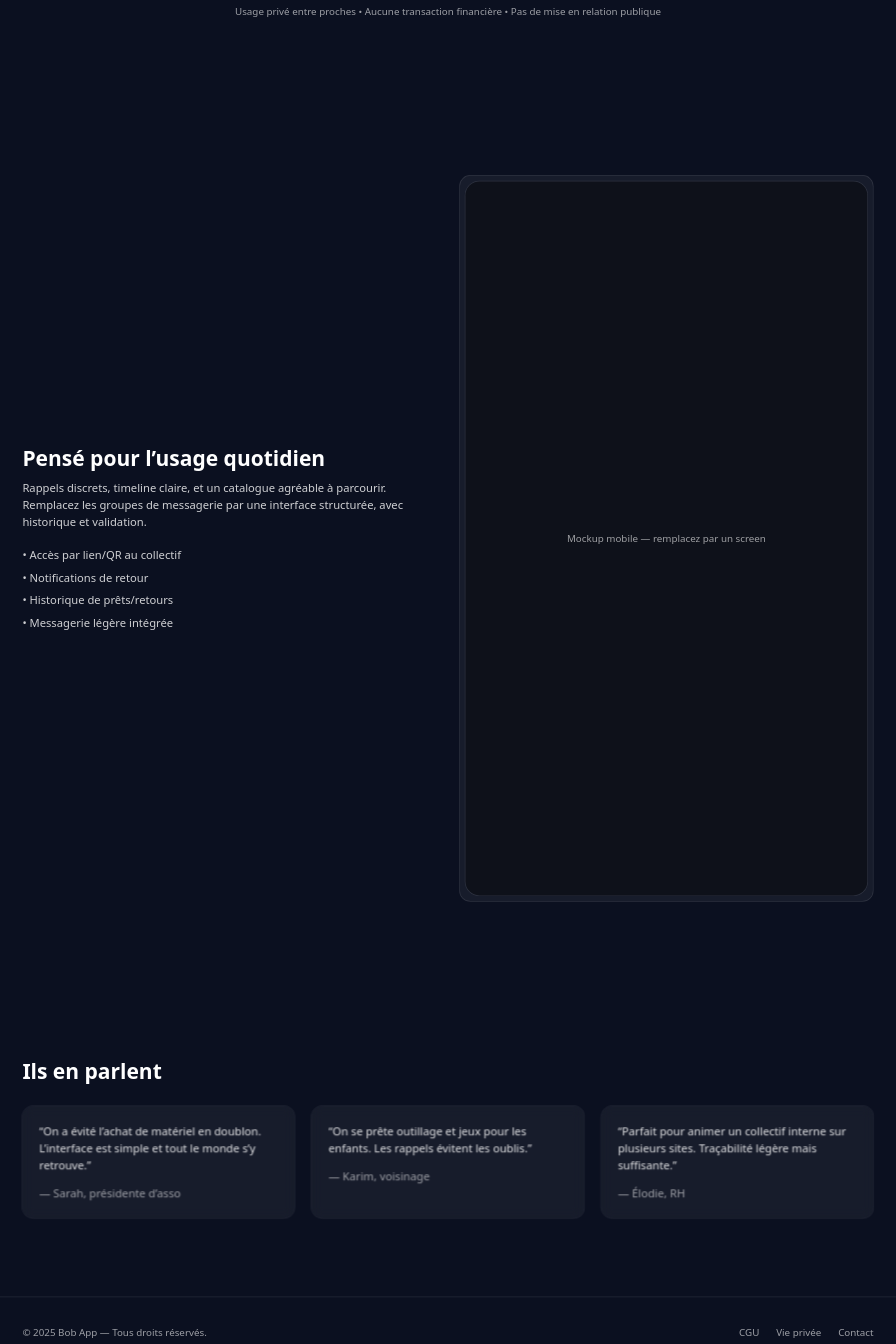
Repository: JeanCharlesMEILLAND/new-bob
Page: /
The author's editor kept a copy of each file at every save. The page is drawn from the files as they stood at one save, then again after the next save.
The browser window is 1280 px wide. The pictures show the part of the page from y = 2543 to 4463 px (the page is 4496 px tall before and 3234 px after), at 70% of full size.
The page's requests for data from a server got no answer. The project was rebuilt for these pictures with package versions that can differ from the ones it lists, and the page was loaded fresh each time. The framework's server and built-in components were replaced by stand-ins that run in the browser. No one was signed in, and anything a server would have sent is missing. Also part of the build but not shown: next.config.ts.

Above is the page before, as saved 2025-08-12 10:54:44.

### src/app/layout.tsx
import type { Metadata } from 'next'
import './globals.css'
import { inter, jakarta } from './fonts'
import Navbar from '@/components/Navbar'
import Footer from '@/components/Footer'
import Analytics from '@/components/Analytics'

const name = process.env.NEXT_PUBLIC_SITE_NAME || 'Bob App'
const baseUrl = process.env.NEXT_PUBLIC_SITE_URL || 'https://www.bobapp.fr'

export const metadata: Metadata = {
  metadataBase: new URL(baseUrl),
  title: `${name} — Partagez & empruntez simplement`,
  description:
    'Bob App permet à vos communautés de partager et emprunter des objets en toute simplicité, avec rappels et historique. Faites circuler les objets, pas l’argent.',
  alternates: { canonical: '/' },
  openGraph: {
    title: `${name} — Partagez & empruntez simplement`,
    description:
      'Faites circuler les objets, pas l’argent. Bob App facilite le prêt et l’emprunt au sein de vos collectifs.',
    url: baseUrl,
    siteName: name,
    images: ['/api/og'],
    type: 'website',
  },
  twitter: {
    card: 'summary_large_image',
    title: `${name} — Partagez & empruntez simplement`,
    description: 'Faites circuler les objets, pas l’argent.',
    images: ['/api/og'],
  },
  robots: { index: true, follow: true },
}

export default function RootLayout({ children }: { children: React.ReactNode }) {
  return (
    <html lang="fr" className={`${inter.variable} ${jakarta.variable}`}>
      <body className="min-h-screen bg-[--bg] text-[--fg] antialiased">
        <Navbar />
        <main>{children}</main>
        <Footer />
        <Analytics />
      </body>
    </html>
  )
}

### src/app/page.tsx
import Hero from '@/components/sections/Hero'
import Features from '@/components/sections/Features'
import HowItWorks from '@/components/sections/HowItWorks'
import Showcase from '@/components/sections/Showcase'
import Testimonials from '@/components/sections/Testimonials'
import Events from '@/components/sections/Events'

export default function Page() {
  return (
    <>
      <Hero />
      <HowItWorks />
      <Events />
      <Features />
      <Showcase />
      <Testimonials />
    </>
  )
}

### src/app/globals.css
@import "tailwindcss";

:root {
  --bg: #0b1020;
  --fg: #ffffff;
}

html, body {
  scroll-behavior: smooth;
  background: var(--bg);
  color: var(--fg);
}

/* === Tokens Tailwind v4 pour tes classes custom === */
@theme {
  /* Colors */
  --color-ink: #0f172a;
  --color-brand-50:  #f3f7ff;
  --color-brand-100: #e8efff;
  --color-brand-200: #cfe0ff;
  --color-brand-300: #a6c2ff;
  --color-brand-400: #7ba1ff;
  --color-brand-500: #4b7bff;
  --color-brand-600: #2f5df3;
  --color-brand-700: #2549c6;
  --color-brand-800: #1f3ca0;
  --color-brand-900: #1e367f;

  /* Radius */
  --radius-xl2: 1.25rem; /* => rounded-xl2 */

  /* Shadows */
  --shadow-glow: 0 0 0 2px rgba(255,255,255,0.08),
                 0 10px 40px rgba(75,123,255,0.25); /* => shadow-glow */
}
.container-gutter {
  @apply mx-auto max-w-7xl px-6 md:px-8;
}

.section {
  @apply py-20 md:py-28;
}

.card {
  @apply rounded-2xl bg-white/5 ring-1 ring-white/10 backdrop-blur;
}

.gradient-text {
  background: linear-gradient(90deg, #4b7bff 0%, #22c55e 100%);
  -webkit-background-clip: text;
  -webkit-text-fill-color: transparent;
  background-clip: text;
  color: transparent;
}

.bg-grid {
  background-image: linear-gradient(to right, rgba(255,255,255,0.06) 1px, transparent 1px),
    linear-gradient(to bottom, rgba(255,255,255,0.06) 1px, transparent 1px);
  background-size: 24px 24px;
}

*:focus-visible {
  outline: 2px solid rgba(75,123,255,0.9);
  outline-offset: 2px;
}

### src/app/fonts.ts
import { Inter, Plus_Jakarta_Sans } from 'next/font/google'

export const inter = Inter({
  subsets: ['latin'],
  variable: '--font-inter',
  display: 'swap',
})

export const jakarta = Plus_Jakarta_Sans({
  subsets: ['latin'],
  variable: '--font-jakarta',
  display: 'swap',
})

### src/components/Navbar.tsx
'use client'

import { useState, useEffect } from 'react'
import Link from 'next/link'
import Image from 'next/image'
import Container from './ui/Container'
import { clsx } from 'clsx'

export default function Navbar() {
  const [scrolled, setScrolled] = useState(false)
  const [open, setOpen] = useState(false)
  const MENU_ID = 'mobile-nav'

  useEffect(() => {
    const onScroll = () => setScrolled(window.scrollY > 12)
    onScroll()
    window.addEventListener('scroll', onScroll)
    return () => window.removeEventListener('scroll', onScroll)
  }, [])

  useEffect(() => {
    const close = () => setOpen(false)
    window.addEventListener('resize', close)
    return () => window.removeEventListener('resize', close)
  }, [])

  return (
    <header
      className={clsx(
        'fixed inset-x-0 top-0 z-50 transition-all',
        scrolled ? 'bg-black/50 backdrop-blur ring-1 ring-white/10' : 'bg-transparent'
      )}
    >
      <Container className={clsx('flex items-center justify-between', scrolled ? 'py-3' : 'py-4')}>
        {/* Logo + texte */}
        <Link href="/" aria-label="Accueil" className="flex items-center gap-3">
          <Image
            src="/bob1.png"
            alt="Logo BOB"
            width={48}
            height={48}
            className="rounded-lg ring-1 ring-white/10"
            priority
          />
          <div className="flex flex-col leading-tight">
            <span className="text-lg font-bold text-white tracking-wide">BOB</span>
            <span className="text-[11px] uppercase tracking-[1.5px] text-white/70">Borrow and Back</span>
          </div>
        </Link>

        {/* Nav desktop */}
        <nav aria-label="Navigation principale" className="hidden md:flex items-center gap-7 text-sm text-white/80">
          <a href="#features" className="hover:text-white">Fonctionnalités</a>
          <a href="#how" className="hover:text-white">Comment ça marche</a>
          <a href="#events" className="hover:text-white">Événements</a>
          <a href="#privacy" className="hover:text-white">Confidentialité</a>
        </nav>

        {/* Bouton menu mobile */}
        <button
          type="button"
          className="md:hidden inline-flex items-center justify-center rounded-xl2 px-3 py-2 ring-1 ring-white/10 bg-white/5 text-white/90"
          aria-label={open ? 'Fermer le menu' : 'Ouvrir le menu'}
          aria-controls={MENU_ID}
          aria-expanded={open}
          onClick={() => setOpen(v => !v)}
        >
          <span className="sr-only">Menu</span>
          <div className="space-y-1.5">
            <span className="block h-0.5 w-5 bg-white/90" />
            <span className="block h-0.5 w-5 bg-white/90" />
            <span className="block h-0.5 w-5 bg-white/90" />
          </div>
        </button>
      </Container>

      {/* Menu mobile */}
      <div
        id={MENU_ID}
        className={clsx(
          'md:hidden overflow-hidden transition-[max-height] duration-300 ease-out',
          open ? 'max-h-96' : 'max-h-0'
        )}
      >
        <div className="container-px pb-4 pt-1">
          <nav aria-label="Navigation mobile" className="flex flex-col gap-2 text-sm text-white/90">
            <a href="#features" onClick={() => setOpen(false)} className="rounded-lg px-3 py-2 hover:bg-white/5">
              Fonctionnalités
            </a>
            <a href="#how" onClick={() => setOpen(false)} className="rounded-lg px-3 py-2 hover:bg-white/5">
              Comment ça marche
            </a>
            <a href="#events" onClick={() => setOpen(false)} className="rounded-lg px-3 py-2 hover:bg-white/5">
              Événements
            </a>
            <a href="#privacy" onClick={() => setOpen(false)} className="rounded-lg px-3 py-2 hover:bg-white/5">
              Confidentialité
            </a>
          </nav>
        </div>
      </div>
    </header>
  )
}

### src/components/Footer.tsx
import Container from './ui/Container'

export default function Footer() {
  return (
    <footer className="border-t border-white/10 py-10 text-sm">
      <Container className="flex flex-col md:flex-row items-center justify-between gap-6 text-white/60">
        <p>© {new Date().getFullYear()} Bob App — Tous droits réservés.</p>
        <div className="flex items-center gap-6">
          <a href="/legal/terms" className="hover:text-white/90">CGU</a>
          <a href="/legal/privacy" className="hover:text-white/90">Vie privée</a>
          <a href="mailto:hello@bobapp.fr" className="hover:text-white/90">Contact</a>
        </div>
      </Container>
    </footer>
  )
}

### src/components/Analytics.tsx
'use client'

import Script from 'next/script'

export default function Analytics() {
  const gaId = process.env.NEXT_PUBLIC_GA_ID
  if (!gaId) return null

  return (
    <>
      <Script
        src={`https://www.googletagmanager.com/gtag/js?id=${gaId}`}
        strategy="afterInteractive"
      />
      <Script id="ga" strategy="afterInteractive">
        {`
        window.dataLayer = window.dataLayer || [];
        function gtag(){dataLayer.push(arguments);}
        gtag('js', new Date());
        gtag('config', '${gaId}');
        `}
      </Script>
    </>
  )
}

### src/components/sections/Hero.tsx
// components/sections/Hero.tsx
import Image from 'next/image'
import Container from '@/components/ui/Container'

export default function Hero() {
  return (
    <section className="relative pt-40 pb-4"> {/* ↓ avant pt-48, donc badge + haut */}
      {/* Fonds décoratifs */}
      <div className="absolute inset-0 -z-10 bg-hero-radial bg-no-repeat opacity-70" />
      <div className="absolute inset-0 -z-20 bg-grid opacity-[0.25] [mask-image:radial-gradient(circle at center,black,transparent_70%)]" />

      <Container className="text-center space-y-10">
        {/* Badge conformité */}
        <div className="-mt-6 inline-flex items-center gap-2 rounded-full border border-white/10 bg-white/5 px-4 py-2 text-sm text-white/80">
          Usage privé entre proches • Aucune transaction financière • Pas de mise en relation publique
        </div>

        {/* Titre principal */}
        <h1 className="text-5xl font-extrabold tracking-tight sm:text-6xl leading-tight">
          <span className="gradient-text drop-shadow-[0_0_15px_rgba(75,123,255,0.6)]">Bober</span>, c’est partager, aider, organiser…
        </h1>

        {/* Sous-titre */}
        <p className="mx-auto max-w-3xl text-lg text-white/80 leading-relaxed">
          Gérez vos échanges d’<strong className="text-white">objets</strong>, de{' '}
          <strong className="text-white">services</strong> et vos{' '}
          <strong className="text-white">événements</strong>  — en toute simplicité et confidentialité,
          uniquement avec vos contacts.
        </p>

        {/* Badges stores */}
        <div id="download" className="flex flex-wrap items-center justify-center gap-5 pt-4">
          <a
            href="https://apps.apple.com/app/idXXXXXXXXX"
            aria-label="Télécharger BOB sur l’App Store"
            className="inline-flex"
            target="_blank" rel="noopener noreferrer"
          >
            <Image src="/app-badges/appstore.svg" alt="Disponible sur l’App Store" width={180} height={54} priority />
          </a>
          <a
            href="https://play.google.com/store/apps/details?id=com.bobapp"
            aria-label="Télécharger BOB sur Google Play"
            className="inline-flex"
            target="_blank" rel="noopener noreferrer"
          >
            <Image src="/app-badges/playstore.svg" alt="Disponible sur Google Play" width={190} height={54} priority />
          </a>
        </div>

        {/* Légende rapprochée */}
        <p className="text-base text-white/60 -mt-2">Disponible sur iOS et Android</p>

      </Container>
    </section>
  )
}

### src/components/sections/Features.tsx
// components/sections/Features.tsx
import Container from '@/components/ui/Container'

/** Icônes minimalistes (stroke = currentColor) */
const IconShield = () => (
  <svg width="20" height="20" viewBox="0 0 24 24" fill="none" aria-hidden>
    <path d="M12 3 4.5 6v6.5c0 4.2 3.3 7.6 7.5 8.5 4.2-.9 7.5-4.3 7.5-8.5V6L12 3Z" stroke="currentColor" strokeWidth="1.6" />
    <path d="M9 12l2 2 4-4" stroke="currentColor" strokeWidth="1.8" strokeLinecap="round" strokeLinejoin="round"/>
  </svg>
)
const IconPeople = () => (
  <svg width="20" height="20" viewBox="0 0 24 24" fill="none" aria-hidden>
    <circle cx="8" cy="8" r="3" stroke="currentColor" strokeWidth="1.6" />
    <path d="M14 11a3 3 0 1 0 0-6" stroke="currentColor" strokeWidth="1.6" />
    <path d="M2 20a6 6 0 0 1 12 0" stroke="currentColor" strokeWidth="1.6" />
    <path d="M14 20a6 6 0 0 1 8 0" stroke="currentColor" strokeWidth="1.6" />
  </svg>
)
const IconBoxTool = () => (
  <svg width="20" height="20" viewBox="0 0 24 24" fill="none" aria-hidden>
    <path d="M3 7l9 4 9-4M3 7l9-4 9 4M3 7v10l9 4 9-4V7" stroke="currentColor" strokeWidth="1.6" strokeLinejoin="round"/>
  </svg>
)
const IconCalendarBell = () => (
  <svg width="20" height="20" viewBox="0 0 24 24" fill="none" aria-hidden>
    <rect x="3" y="4" width="18" height="16" rx="2" stroke="currentColor" strokeWidth="1.6"/>
    <path d="M3 8h18" stroke="currentColor" strokeWidth="1.6"/>
    <path d="M9 15a3 3 0 0 1 6 0v1l1 2H8l1-2v-1" stroke="currentColor" strokeWidth="1.6" strokeLinecap="round"/>
  </svg>
)
const IconChat = () => (
  <svg width="20" height="20" viewBox="0 0 24 24" fill="none" aria-hidden>
    <path d="M21 12a7 7 0 0 1-7 7H7l-4 3V12a7 7 0 0 1 7-7h4a7 7 0 0 1 7 7Z" stroke="currentColor" strokeWidth="1.6" strokeLinejoin="round"/>
    <path d="M8.5 11h7M8.5 14h4" stroke="currentColor" strokeWidth="1.6" strokeLinecap="round"/>
  </svg>
)
const IconListEvent = () => (
  <svg width="20" height="20" viewBox="0 0 24 24" fill="none" aria-hidden>
    <rect x="4" y="5" width="16" height="15" rx="2" stroke="currentColor" strokeWidth="1.6"/>
    <path d="M4 9h16M8 3v4M16 3v4" stroke="currentColor" strokeWidth="1.6" strokeLinecap="round"/>
    <path d="M8 12h6" stroke="currentColor" strokeWidth="1.6" strokeLinecap="round"/>
    <circle cx="17" cy="15" r="1.5" stroke="currentColor" strokeWidth="1.6"/>
  </svg>
)

const FEATURES = [
  {
    title: 'Entre proches uniquement',
    desc: 'Fonctionne avec vos contacts du téléphone. Pas d’annuaire public, pas d’inconnus.',
    icon: <IconPeople />,
  },
  {
    title: 'Objets & services, simplement',
    desc: 'Proposer / demander en privé : un geste, un “OK”, et c’est suivi.',
    icon: <IconBoxTool />,
  },
  {
    title: 'Événements privés',
    desc: 'Invitez un petit groupe. Liste mixte (objets, consommables, services) et positionnement en 1 clic.',
    icon: <IconListEvent />,
  },
  {
    title: 'Rappels & agenda',
    desc: 'Rappels automatiques des deux côtés et ajout à l’agenda pour éviter les oublis.',
    icon: <IconCalendarBell />,
  },
  {
    title: 'Messagerie intégrée',
    desc: '1-to-1 pour les échanges, chat d’événement pour coordonner rapidement.',
    icon: <IconChat />,
  },
  {
    title: 'Confidentialité par design',
    desc: 'Aucune transaction financière. Aucune mise en relation publique. Historique personnel.',
    icon: <IconShield />,
  },
]

export default function Features() {
  return (
    <section id="features" className="section">
      <Container>
        {/* En-tête */}
        <div className="text-center max-w-3xl mx-auto">
          <h2 className="text-3xl font-bold">Fonctionnalités clés</h2>
          <p className="mt-3 text-white/80">
            BOB structure les échanges privés entre proches — objets, services et événements.
          </p>
        </div>

        {/* Cartes */}
        <div className="mt-10 grid gap-6 sm:grid-cols-2 lg:grid-cols-3">
          {FEATURES.map((f) => (
            <article key={f.title} className="rounded-2xl bg-white/5 ring-1 ring-white/10 p-6 hover:shadow-glow transition-shadow">
              <div className="flex items-center gap-3">
                <div className="flex h-10 w-10 items-center justify-center rounded-full bg-white/10 ring-1 ring-white/20 text-white">
                  {f.icon}
                </div>
                <h3 className="text-lg font-semibold">{f.title}</h3>
              </div>
              <p className="mt-3 text-white/75">{f.desc}</p>
            </article>
          ))}
        </div>

        {/* Bandeau conformité (discret) */}
        <p className="mt-8 text-center text-sm text-white/60">
          Usage privé entre proches • Aucune transaction financière • Pas de mise en relation publique
        </p>
      </Container>
    </section>
  )
}

### src/components/sections/Showcase.tsx
import Container from '../ui/Container'

export default function Showcase() {
  return (
    <section className="section">
      <Container>
        <div className="grid items-center gap-8 md:grid-cols-2">
          <div>
            <h2 className="text-3xl font-bold">Pensé pour l’usage quotidien</h2>
            <p className="mt-3 text-white/80">
              Rappels discrets, timeline claire, et un catalogue agréable à parcourir.
              Remplacez les groupes de messagerie par une interface structurée, avec historique et validation.
            </p>
            <ul className="mt-6 space-y-2 text-white/80">
              <li>• Accès par lien/QR au collectif</li>
              <li>• Notifications de retour</li>
              <li>• Historique de prêts/retours</li>
              <li>• Messagerie légère intégrée</li>
            </ul>
          </div>
          <div className="rounded-2xl border border-white/10 bg-white/5 p-2">
            <div className="aspect-[9/16] w-full rounded-xl2 bg-black/40 ring-1 ring-white/10 flex items-center justify-center text-white/60">
              <span className="text-sm">Mockup mobile — remplacez par un screen</span>
            </div>
          </div>
        </div>
      </Container>
    </section>
  )
}

### src/components/sections/Testimonials.tsx
import Container from '../ui/Container'

const TESTIMONIALS = [
  {
    name: 'Sarah, présidente d’asso',
    text: 'On a évité l’achat de matériel en doublon. L’interface est simple et tout le monde s’y retrouve.',
  },
  {
    name: 'Karim, voisinage',
    text: 'On se prête outillage et jeux pour les enfants. Les rappels évitent les oublis.',
  },
  {
    name: 'Élodie, RH',
    text: 'Parfait pour animer un collectif interne sur plusieurs sites. Traçabilité légère mais suffisante.',
  },
]

export default function Testimonials() {
  return (
    <section className="section">
      <Container>
        <h2 className="text-3xl font-bold">Ils en parlent</h2>
        <div className="mt-8 grid gap-6 md:grid-cols-3">
          {TESTIMONIALS.map((t) => (
            <figure key={t.name} className="card p-6">
              <blockquote className="text-white/90">&ldquo;{t.text}&rdquo;</blockquote>
              <figcaption className="mt-4 text-white/60">— {t.name}</figcaption>
            </figure>
          ))}
        </div>
      </Container>
    </section>
  )
}

### src/components/sections/Events.tsx
// components/sections/Events.tsx
import Container from '@/components/ui/Container'
import Image from 'next/image'

export default function Events() {
  return (
    <section id="events" className="section">
      <Container>
        <div className="grid items-start gap-12 lg:grid-cols-2">
          {/* Texte explicatif */}
          <div>
            <h2 className="text-3xl font-bold">
              Organisez vos événements privés
            </h2>
            <p className="mt-4 text-white/80">
              Avec BOB, créez des <strong className="text-white">événements privés</strong> pour vos proches et gérez
              tout ce qui est nécessaire en un seul endroit. Idéal pour un barbecue, un déménagement ou un projet entre amis.
            </p>
            <ul className="mt-6 space-y-3 text-white/80">
              <li>• Liste mixte : <strong className="text-white">objets</strong> à apporter ou prêter</li>
              <li>• <strong className="text-white">Consommables</strong> à amener</li>
              <li>• <strong className="text-white">Services</strong> ponctuels pour aider</li>
              <li>• Invitations ciblées : 5, 10 ou 20 contacts</li>
              <li>• Chat collectif pour coordonner tout le monde</li>
              <li>• <strong className="text-white">Positionnement en 1 clic</strong> → crée l’échange individuel + ajoute un rappel à l’agenda</li>
            </ul>
          </div>

          {/* Visuel placeholder */}
          <div className="rounded-2xl border border-white/10 bg-white/5 p-3 shadow-glow">
            <div className="aspect-[4/3] w-full rounded-xl2 bg-black/30 ring-1 ring-white/10 flex items-center justify-center text-white/60">
              <span className="text-sm text-center px-4">
                Capture d’écran recommandée : exemple d’événement avec liste mixte
              </span>
            </div>
          </div>
        </div>
      </Container>
    </section>
  )
}

### src/components/ui/Container.tsx
import clsx from "clsx"

export default function Container({
  children,
  className
}: {
  children: React.ReactNode
  className?: string
}) {
  return <div className={clsx('container-gutter', className)}>{children}</div>
}

Loaded but not shown: src/components/sections/HowItWorks.tsx (126 lines, source omitted)

After the next save:
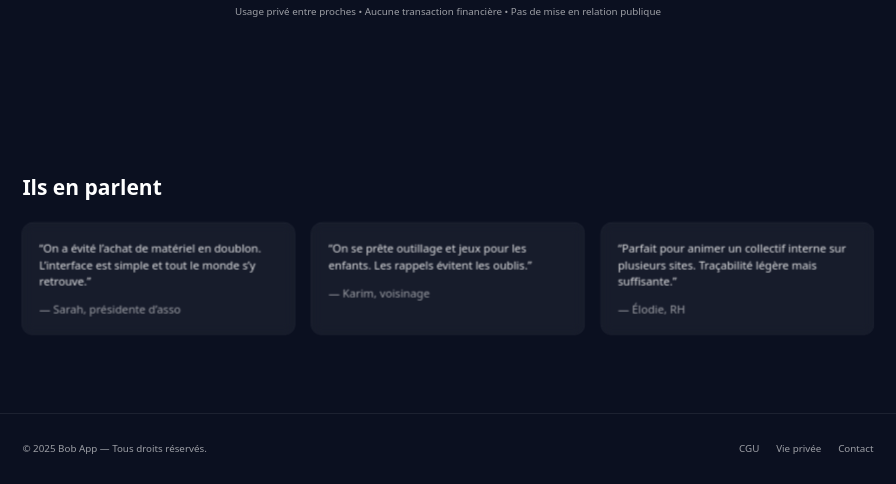
Saved 53 s later.
--- a/src/app/page.tsx
+++ b/src/app/page.tsx
@@ -1,7 +1,6 @@
 import Hero from '@/components/sections/Hero'
 import Features from '@/components/sections/Features'
 import HowItWorks from '@/components/sections/HowItWorks'
-import Showcase from '@/components/sections/Showcase'
 import Testimonials from '@/components/sections/Testimonials'
 import Events from '@/components/sections/Events'
 
@@ -12,7 +11,6 @@
       <HowItWorks />
       <Events />
       <Features />
-      <Showcase />
       <Testimonials />
     </>
   )
